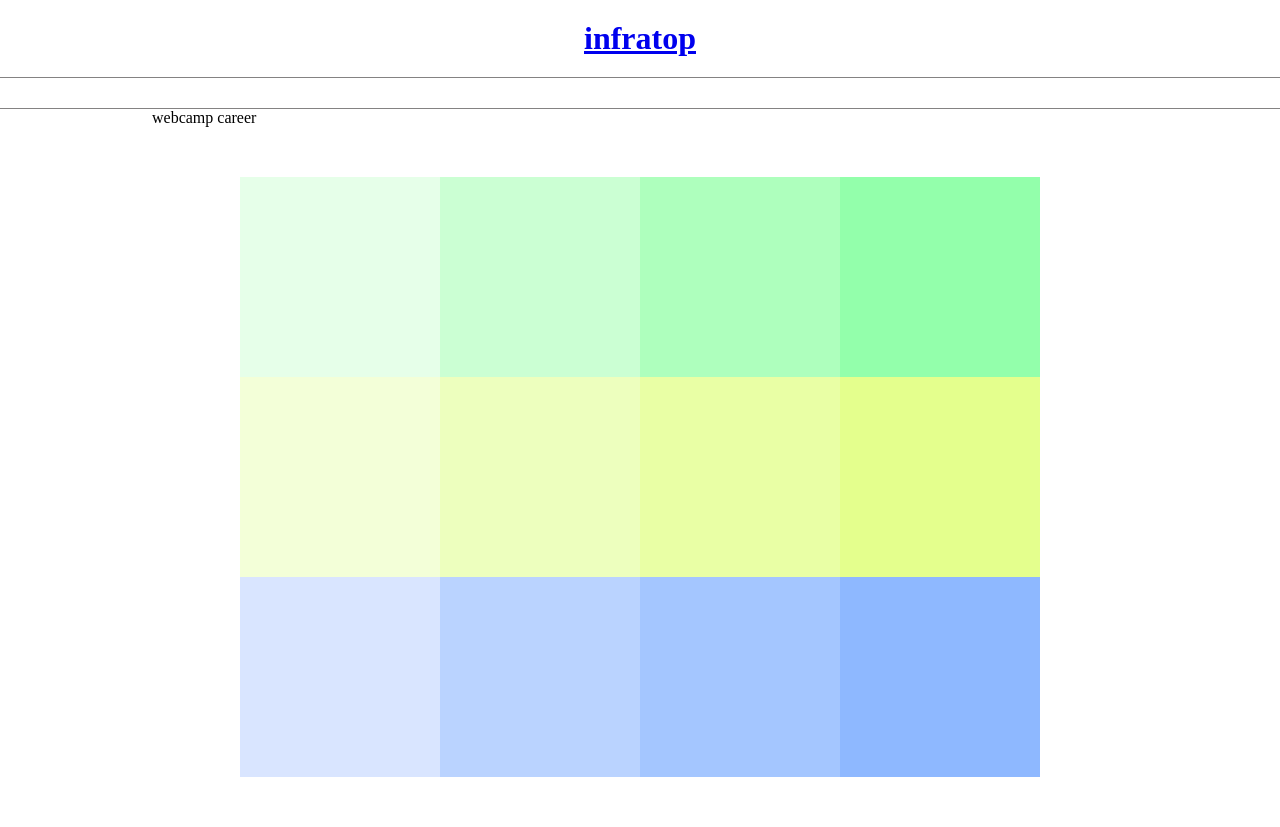
Repository: NANAKUNITA/chapter10
Page: chapter5/chapter5.html
The author's editor kept a record of every edit. The page is drawn from the files as they stood at one moment, then again after the next edit.
The browser window is 1280 px wide. The pictures show the whole page.

Above is the page before.

### chapter5/chapter5.html
<!DOCCTYPE html>
<html lang="ja">
  <head>
    <meta charset="UTF-8"/>
    <link rel="stylesheet" href="chapter5.css">
    <title>infratop</title>
  </head>

  <body>
    <header>
      <h1 class="header">
        <a href="chapter5.html">
          infratop
        </a>
      </h1>
    </header>

    <nav>
      <ul class="nav-list"></ul>
        <li class="nav-list-item">
          <a href="chapter5.html"></a>
        </li>
        <li class="nav-list-item">
         <a href="chapter5.html"></a>
         </li>
        <li class="nav-list-item">
          <a href="chapter5.html"></a>
        </li>
        <li class="nav-list-item">webcamp career</li>
    </nav>

    <div class="main">
   <div class="box1"></div>
   <div class="box2"></div>
   <div class="box3"></div>
   <div class="box4"></div>
   <div class="box5"></div>
   <div class="box6"></div>
   <div class="box7"></div>
   <div class="box8"></div>
   <div class="box9"></div>
   <div class="box10"></div>
   <div class="box11"></div>
   <div class="box12"></div>
   </div>
  </body>
</html>

### chapter5/chapter5.css
*{
  margin: 0;
  padding: 0;
  box-sizing: border-box;
}

header{
  width:100%;
  padding:20px 0;
  text-align:center;
}

.nav-list{
  text-align:center;
  padding:15px 0;
  margin:0 auto;
  border-bottom:1px solid #848282;
  border-top:1px solid #848282;
}

.nav-list-item{
  list-style:none;
  display:inline-block;
  margin:0 20px;
}

.main{
  width:800px;
 margin:50px auto;
 display: flex;
 flex-wrap: wrap;
}

.box1{
  width: 200px;
  height: 200px;
  background-color: #e6ffe9;
}

.box2{
  width: 200px;
  height: 200px;
  background-color: #cbffd3;
}

.box3{
  width: 200px;
  height: 200px;
  background-color: #aeffbd;
}

.box4{
  width: 200px;
  height: 200px;
  background-color: #93ffab;
}

.box5{
  width: 200px;
  height: 200px;
  background-color: #f3ffd8;
}

.box6{
  width: 200px;
  height: 200px;
  background-color: #edffbe;
}

.box7{
  width: 200px;
  height: 200px;
  background-color: #e9ffa5;
}

.box8{
  width: 200px;
  height: 200px;
  background-color: #e4ff8d;
}

.box9{
  width: 200px;
  height: 200px;
  background-color: #d9e5ff;
}

.box10{
  width: 200px;
  height: 200px;
  background-color: #bad3ff;
}

.box11{
  width: 200px;
  height: 200px;
  background-color: #a4c6ff;
}

.box12{
  width: 200px;
  height: 200px;
  background-color: #8eb8ff;
}

footer{
  width: 100%;
  height: 120px;
  text-align: center;
  line-height: 120px;
  background-color: #848282;
}

.footer-text{
  color: #fff;
}

After the next edit:
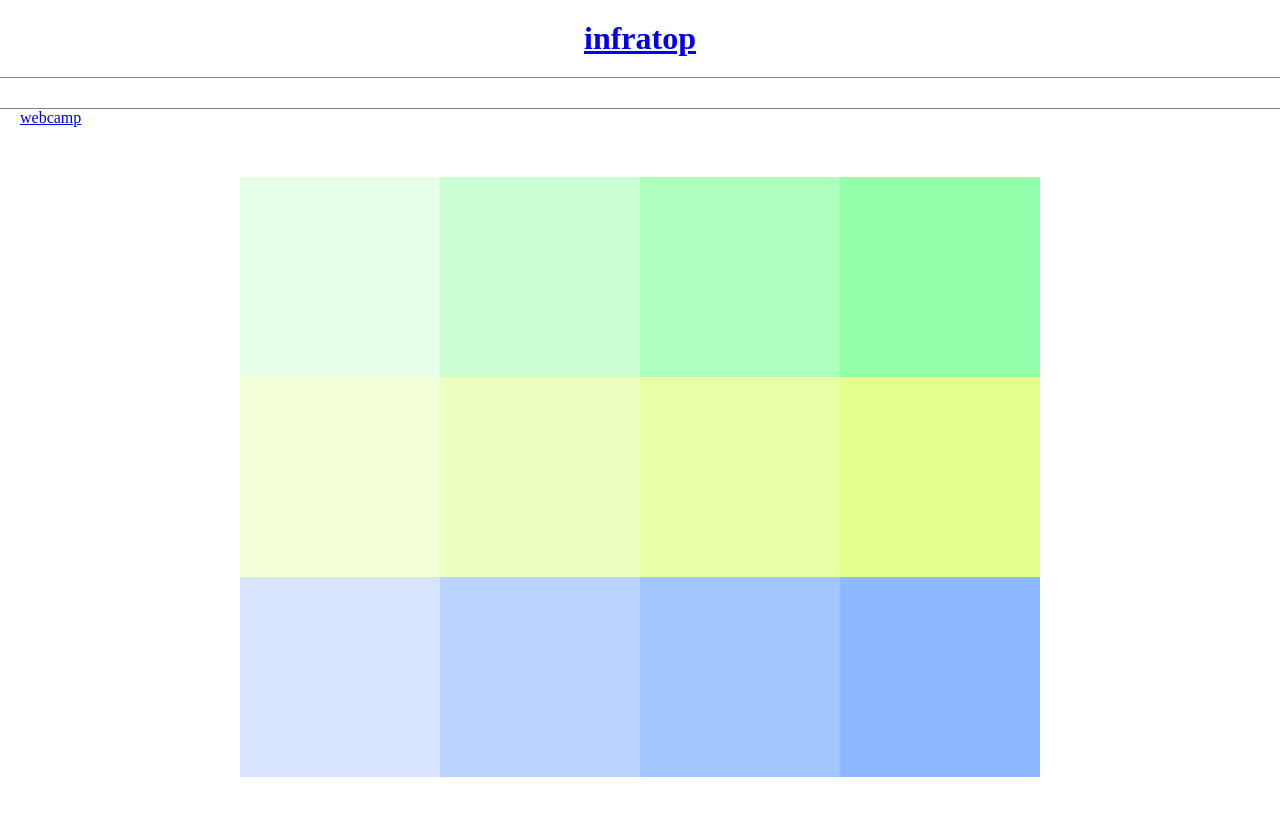
The edit:
--- a/chapter5/chapter5.html
+++ b/chapter5/chapter5.html
@@ -18,7 +18,7 @@
     <nav>
       <ul class="nav-list"></ul>
         <li class="nav-list-item">
-          <a href="chapter5.html"></a>
+          <a href="chapter5.html">webcamp</a>
         </li>
         <li class="nav-list-item">
          <a href="chapter5.html"></a>
@@ -26,7 +26,9 @@
         <li class="nav-list-item">
           <a href="chapter5.html"></a>
         </li>
-        <li class="nav-list-item">webcamp career</li>
+        <li class="nav-list-item">
+          <a href="chapter5.html"></a>
+        </li>
     </nav>
 
     <div class="main">
